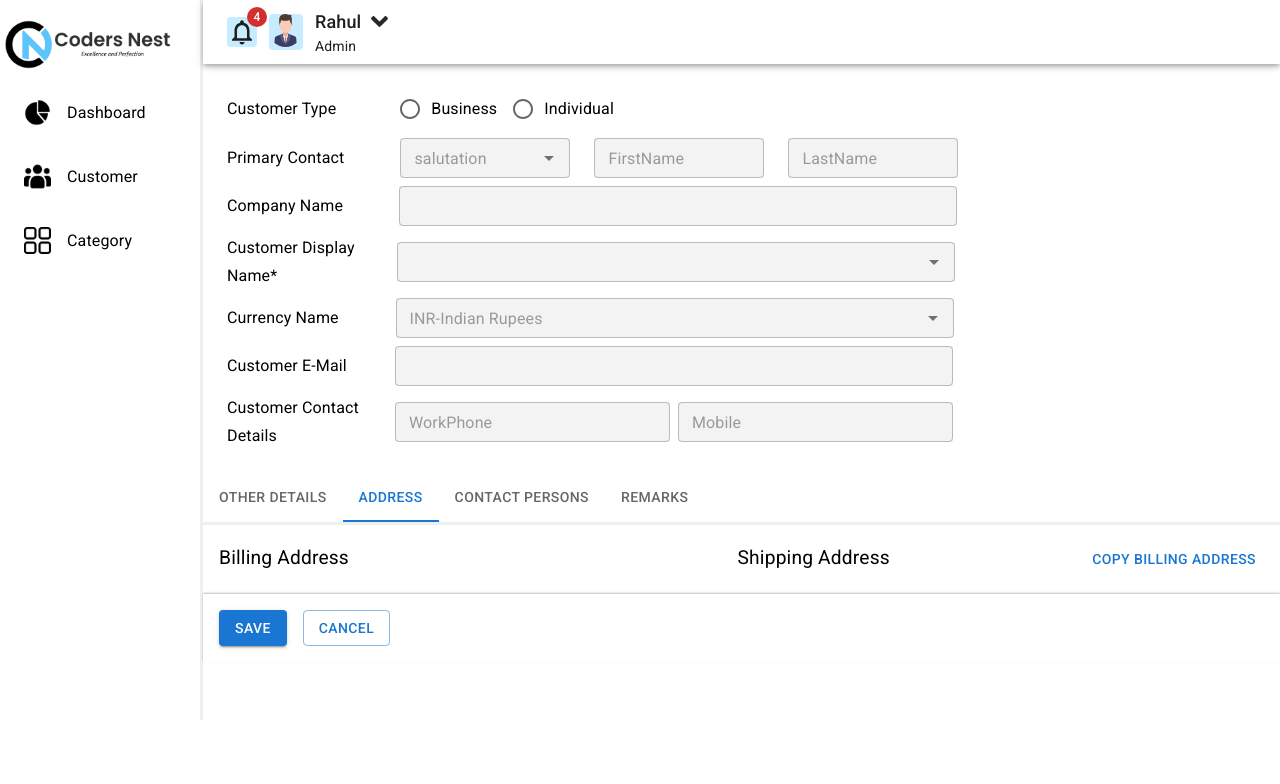
Repository: wajahadalishaik04/CN_Books
Page: /newcustomer, after clicking the first element matching `div.MuiTabs-list > :nth-child(2)`
These files come from the project's save history. The page is drawn as it stood at one moment and after a run of saves; the edit follows.
The browser window is 1280 px wide. The pictures show the whole page.
The project was rebuilt for these pictures with package versions that can differ from the ones it lists, and the page was loaded fresh each time. Also part of the build but not shown: vite.config.js, src/pages/LoginScreen.jsx, src/pages/Signin.jsx, src/pages/OtpScreen.jsx, src/pages/SignUp.jsx, src/pages/VerifyScreen.jsx, src/components/Content.jsx, src/pages/DashboardScreen.jsx and 4 more.

Above is the page before, as saved 2024-09-18 01:00:07.

After the next 2 saves:
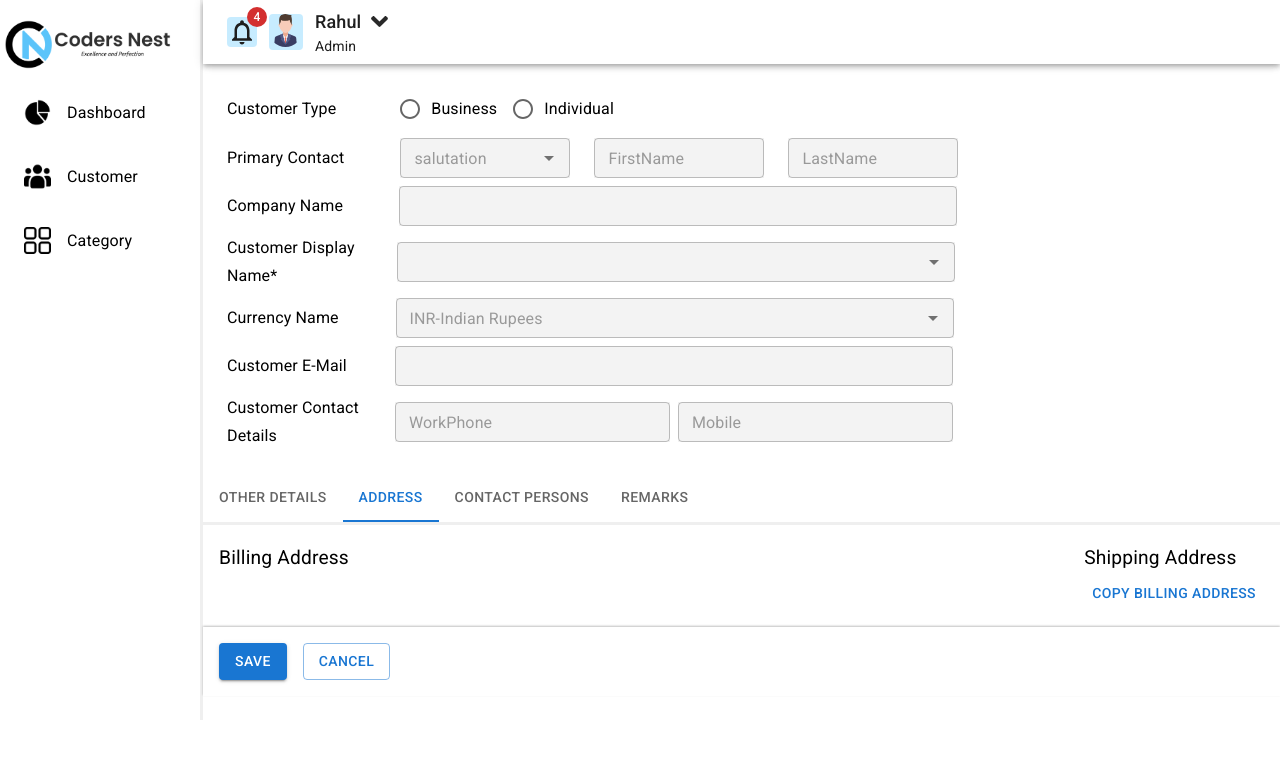
The 2 saves are shown as one change because they came seconds apart.
The last was saved 7 s later.
--- a/src/pages/customerscreens/NewCustomer.jsx
+++ b/src/pages/customerscreens/NewCustomer.jsx
@@ -562,10 +562,10 @@ const NewCustomer = () => {
            <Box sx={{display:"flex",justifyContent:"space-between"}}>
             <Typography variant="subtitle1"fontSize={"1.2rem"}>Billing Address</Typography>
             <Box>
-
-            </Box>
             <Typography variant="subtitle1"fontSize={"1.2rem"}>Shipping Address</Typography>
             <Button variant="text">Copy billing Address </Button>
+
+            </Box>
             </Box>
           </Box>
         )}
